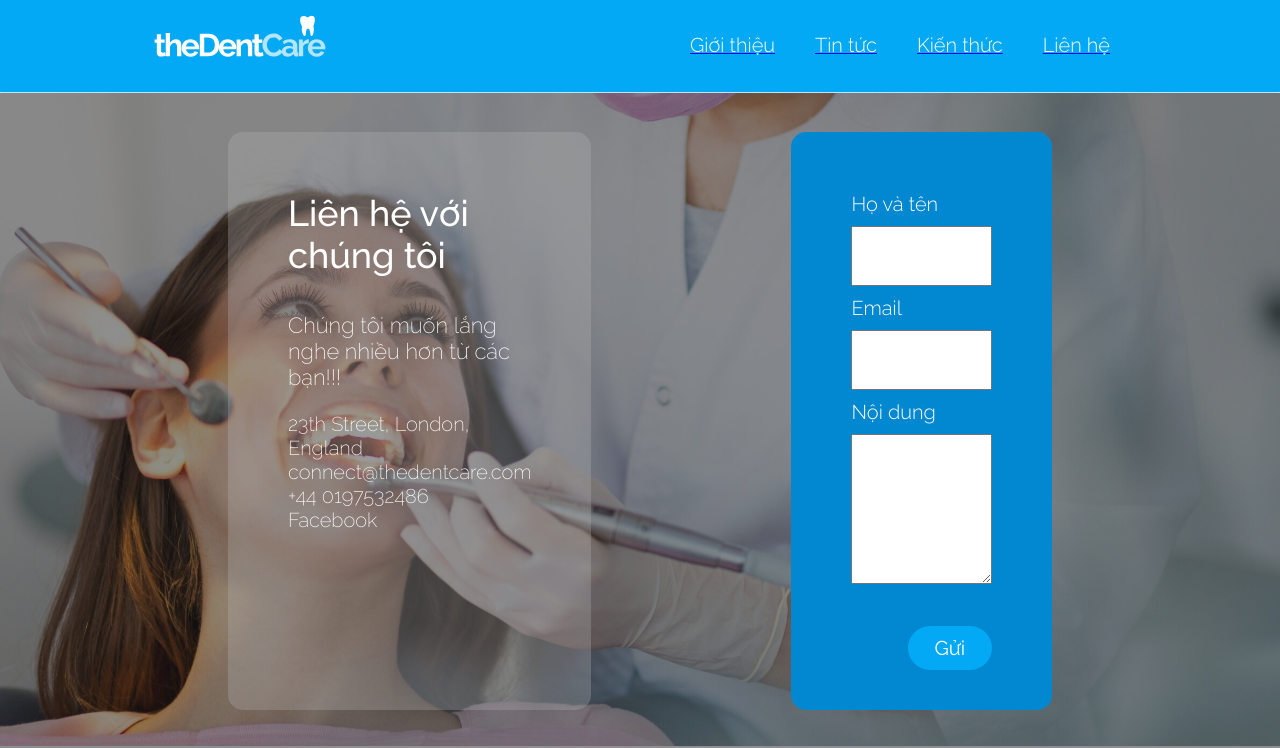
Repository: vantoan19/theDentCare
Page: /contact (app in theDentalCare/the-dental-care/)
The author's editor kept a copy of each file at every save. The page is drawn from the files as they stood at one save, then again after the next save.
The browser window is 1280 px wide. The pictures show the whole page.
The project was rebuilt for these pictures with package versions that can differ from the ones it lists, and the page was loaded fresh each time. The framework's server and built-in components were replaced by stand-ins that run in the browser.

Above is the page before, as saved 2022-09-23 20:42:11.

### theDentalCare/the-dental-care/pages/_app.js
import { createGlobalStyle } from "styled-components";

const GlobalStyle = createGlobalStyle`
    html,
    body, input, textarea, button {
        padding: 0;
        margin: 0;
        font-family: Raleway;
        font-size: 10px;
    }
    html,
    body {
      height: 100%;
    }

    * {
        box-sizing: border-box;
    }
`;

function MyApp({ Component, pageProps }) {
  return (
    <>
      <GlobalStyle />
      <Component {...pageProps} />
    </>
  );
}

export default MyApp

### theDentalCare/the-dental-care/pages/_document.js
// pages/_document.js

import { Html, Head, Main, NextScript } from 'next/document'

export default function Document() {
  return (
    <Html>
      <Head>
        <link
          href="https://fonts.googleapis.com/css2?family=Raleway:ital,wght@0,100;0,200;0,300;0,400;0,500;0,600;0,700;0,800;0,900;1,100;1,200;1,300;1,400;1,500;1,600;1,700;1,800;1,900&display=swap"
          rel="stylesheet"
        />
      </Head>
      <body>
        <Main />
        <NextScript />
      </body>
    </Html>
  )
}

### theDentalCare/the-dental-care/pages/contact/index.js
import { Fragment } from "react";
import styled from "styled-components";
import NavBar from "../../components/NavBar/NavBar";
import BackgroundImage from "../../components/BackgroundImage/BackgroundImage";
import Card from "../../components/UI/Card/Card";
import Button from "../../components/UI/Button/Button";

const ContactFormTextInput = styled.input`
  width: 100%;
  height: 60px;
`;

const ContactFormTextArea = styled.textarea`
  width: 100%;
  height: 150px;
`;

const ContactFormTitle = styled.h3`
  color: #fff;
  font-size: 2rem;
  font-weight: 300;
  margin: 10px 0;
`;

const ContactFormButton = styled(Button)`
  font-size: 2rem;
  padding: 10px 20px;
  margin: 40px 0;
  width: 60%;
  float: right;
`;

const ContactForm = styled.form`
  background-color: rgba(2, 136, 209, 1);
  margin: 60px;
`;

const FormCard = styled(Card)`
  width: 50%;
`;

const ContactInfoTitle = styled.h3`
  color: #fff;
  font-size: 3.6rem;
  font-weight: 500;
`;

const ContactInfoDesc = styled.p`
  color: #fff;
  font-size: 2.2rem;
  font-weight: 200;
`;

const ContactInfoDetails = styled.a`
  color: #fff;
  font-size: 2rem;
  font-weight: 200;
  display: block;
`;

const ContactInfoWrapper = styled.div`
  margin: 60px;
`;

const InfoCard = styled(Card)`
  width: 50%;
  background-color: rgba(180, 180, 180, 0.3);
`;

const Flex = styled.div`
  display: flex;
  position: absolute;
  top: 50%;
  left: 50%;
  transform: translate(-50%, -50%);
  z-index: 3;
  width: 80%;
`;

const ContactContainer = styled.div`
  position: relative;
`;

export default function Contact() {
  return (
    <Fragment>
      <NavBar />
      <ContactContainer>
        <BackgroundImage
          src="/contact_image.jpeg"
          alt="contact background image"
          isMasked={true}
        />
        <Flex>
          <InfoCard>
            <ContactInfoWrapper>
              <ContactInfoTitle>Liên hệ với chúng tôi</ContactInfoTitle>
              <ContactInfoDesc>
                Chúng tôi muốn lắng nghe nhiều hơn từ các bạn!!!
              </ContactInfoDesc>
              <ContactInfoDetails>
                23th Street, London, England
              </ContactInfoDetails>
              <ContactInfoDetails>connect@thedentcare.com</ContactInfoDetails>
              <ContactInfoDetails>+44 0197532486</ContactInfoDetails>
              <ContactInfoDetails>Facebook</ContactInfoDetails>
            </ContactInfoWrapper>
          </InfoCard>
          <FormCard>
            <ContactForm>
              <ContactFormTitle>Họ và tên</ContactFormTitle>
              <ContactFormTextInput />
              <ContactFormTitle>Email</ContactFormTitle>
              <ContactFormTextInput />
              <ContactFormTitle>Nội dung</ContactFormTitle>
              <ContactFormTextArea />
              <ContactFormButton>Gửi</ContactFormButton>
            </ContactForm>
          </FormCard>
        </Flex>
      </ContactContainer>
    </Fragment>
  );
}

### theDentalCare/the-dental-care/components/NavBar/NavBar.jsx
import React from 'react'
import Link from 'next/link'
import styled from 'styled-components'
import Logo from './Logo/Logo'
import NavItem from './NavItem/NavItem'

const LogoContainer = styled.div`
  margin: 0 150px;
`

const NavItemsGroup = styled.div`
  display: flex;
  height: 90px;
  align-items: center;
  margin: 0 150px;
`

const StyledAnchor = styled.a`
  text-decoration: none;
`

const NavContainer = styled.nav`
  background-color: #03A9F4;
  display: flex;
  flex-direction: row;
  justify-content: space-between;
  box-shadow: 0px 2px 4px 1px #B3E5FC;
  margin-bottom: 1px;
`

const NavBar = () => {
  return (
    <NavContainer>
      <LogoContainer>
        <Link href='/'>
          <StyledAnchor>
            <Logo/>
          </StyledAnchor>
        </Link>
      </LogoContainer>
      <NavItemsGroup>
        <Link href='/about'>
          <StyledAnchor>
            <NavItem>Giới thiệu</NavItem>
          </StyledAnchor>
        </Link>
        <Link href='/news'>
          <StyledAnchor>
            <NavItem>Tin tức</NavItem>
          </StyledAnchor>
        </Link>
        <Link href='/knowledge'>
          <StyledAnchor>
            <NavItem>Kiến thức</NavItem>
          </StyledAnchor>
        </Link>
        <Link href='/contact'>
          <StyledAnchor>
            <NavItem>Liên hệ</NavItem>
          </StyledAnchor>
        </Link>
      </NavItemsGroup>
    </NavContainer>
  )
}

export default NavBar

### theDentalCare/the-dental-care/components/BackgroundImage/BackgroundImage.jsx
import React from "react";
import styled from "styled-components";

const StyledImage = styled.img`
  width: 100%;
  height: 100%;
`;

const GreyMask = styled.div`
  background-color: rgba(30, 30, 30, 0.5);
  width: 100%;
  height: 100%;
  z-index: 2;
  position: absolute;
  top: 0;
  left: 0;
`;

const BackgroundContainer = styled.div`
  width: 100%;
  height: 100%;
  position: relative;
`;

const BackgroundImage = (props) => {
  return (
    <BackgroundContainer>
      <StyledImage src={props.src} alt={props.alt} />
      {props.isMasked && <GreyMask />}
    </BackgroundContainer>
  );
};

export default BackgroundImage;

### theDentalCare/the-dental-care/components/UI/Card/Card.jsx
import React from "react";
import styled from "styled-components";

const StyledDiv = styled.div`
  margin: 0 100px;
  background-color: #0288d1;
  border-radius: 15px;
`;

const Card = (props) => {
  return <StyledDiv className={props.className}>{props.children}</StyledDiv>;
};

export default Card;

### theDentalCare/the-dental-care/components/UI/Button/Button.jsx
import React from 'react'
import styled from 'styled-components'

const StyledButton = styled.button`
    border: none;
    padding: 15px;
    border-radius: 30px;
    color: #fff;
    background-color: #03A9F4;
    cursor: pointer;
`

const Button = (props) => {
  return (
    <StyledButton onClick={props.action} className={props.className}>
        {props.children}
    </StyledButton>
  )
}

export default Button

### theDentalCare/the-dental-care/components/NavBar/Logo/Logo.jsx
import React from 'react'
import styled from 'styled-components'


const StyledLogo = styled.img`
  width: 180px;
  cursor: pointer;
`

const Logo = () => {
  return (
    <StyledLogo src='/theDentCare.svg'/>
  )
}

export default Logo

### theDentalCare/the-dental-care/components/NavBar/NavItem/NavItem.jsx
import React from 'react'
import styled from 'styled-components'

const StyledSpan = styled.span`
    cursor: pointer;
    margin: 0px 20px;
    font-size: 2rem;
    font-weight: 300;
    color: #fff;
`

const NavItem = (props) => {
    return (
      <StyledSpan>{props.children}</StyledSpan>
    )
}

export default NavItem

After the next save:
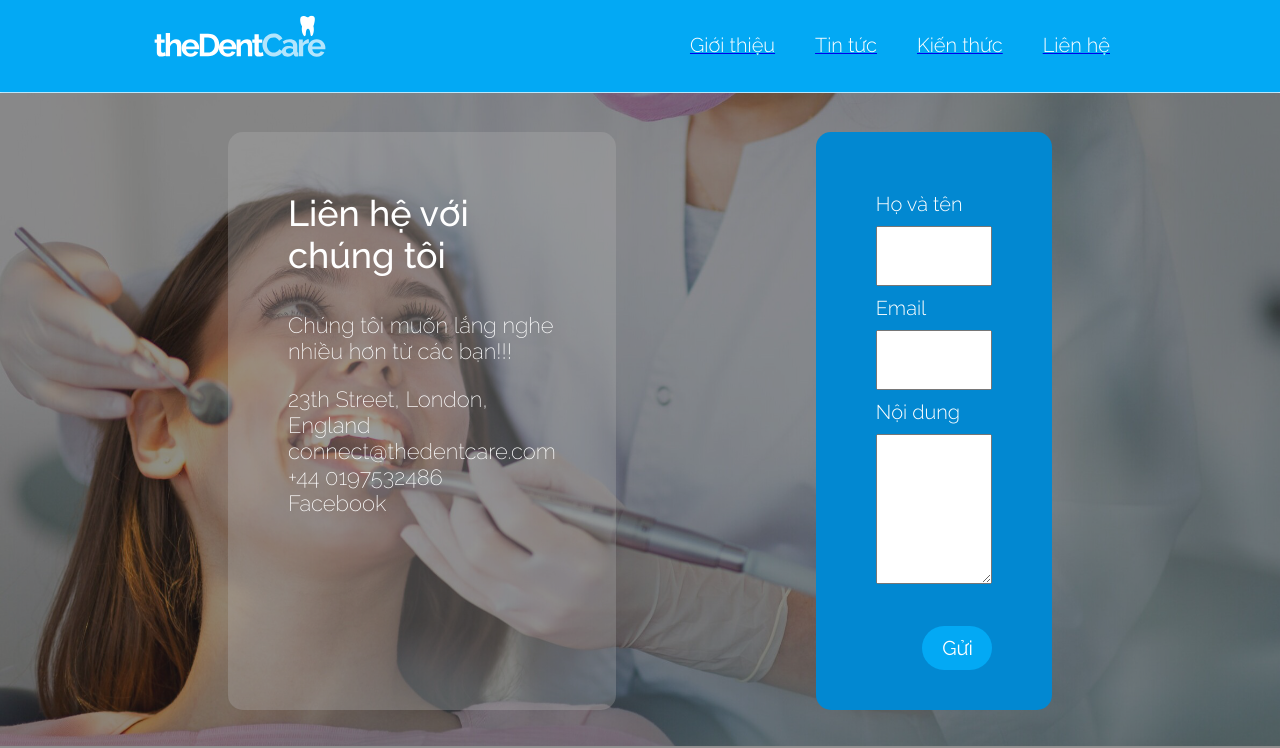
Saved 9 s later.
--- a/theDentalCare/the-dental-care/pages/contact/index.js
+++ b/theDentalCare/the-dental-care/pages/contact/index.js
@@ -53,7 +53,7 @@ const ContactInfoDesc = styled.p`
 
 const ContactInfoDetails = styled.a`
   color: #fff;
-  font-size: 2rem;
+  font-size: 2.2rem;
   font-weight: 200;
   display: block;
 `;
